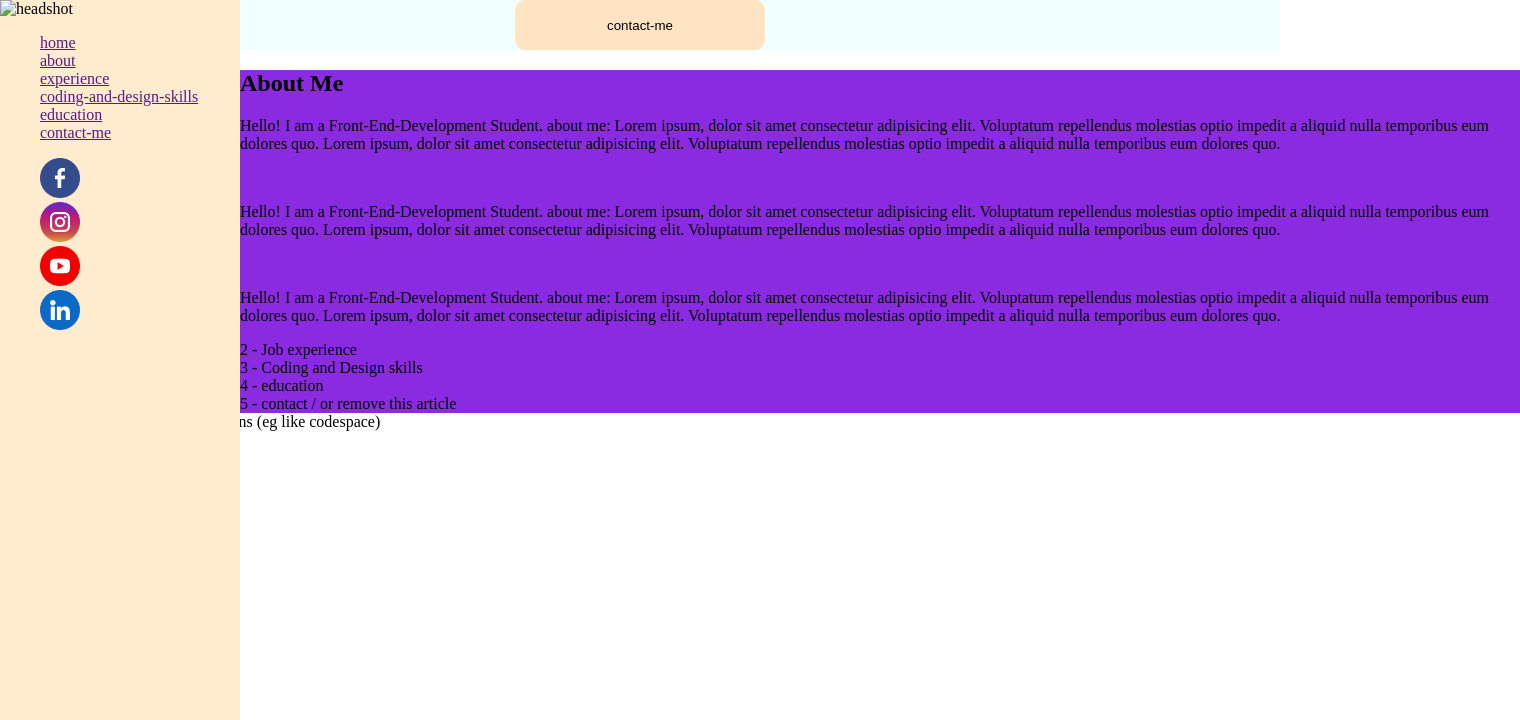
Repository: WesleyErasmus/MyDigitalResume-5
Page: index.html
The author's editor kept a copy of each file at every save. The page is drawn from the files as they stood at one save, then again after the next save.
The browser window is 1280 px wide. The page is 1520 px wide, so the pictures cover 1520 px, including what lies to the right of the window. The pictures show the whole page.

Above is the page before, as saved 2022-02-24 16:11:49.

### index.html
<!DOCTYPE html>
<html lang="en">

<head>
    <meta charset="UTF-8">
    <meta http-equiv="X-UA-Compatible" content="IE=edge">
    <meta name="viewport" content="width=device-width, initial-scale=1.0">
    <title>Wesley Erasmus Digital Resume 5</title>
    <link rel="stylesheet" href="stylesheet.css">
</head>

<body>
    <!-- look into using use hr tag -->
    <header>
        <span>
            <button id="contact-me-btn">contact-me</button>
        </span>
    </header>
    <nav>
        <img src="" alt="headshot">
        <ul class="nav-btns">
            <li><a href="">home</a></li>
            <li><a href="">about</a></li>
            <li><a href="">experience</a></li>
            <li><a href="">coding-and-design-skills</a></li>
            <li><a href="">education</a></li>
            <li><a href="">contact-me</a></li>
        </ul>
        <ul class="social-media-links">
            <li><a href="https://www.facebook.com/codespaceza" target="_blank"><img src="/icons/facebook.png"
                        alt="Facebook" width="40px" height="40px"></a></li>
            <li><a href="https://www.instagram.com/codespaceza/" target="_blank"><img src="icons/instagram.png"
                        alt="Instagram" width="40px" height="40px"></a></li>
            <li><a href="https://www.youtube.com/channel/UCfmXJliguiwBv2QlRzWdrxA" target="_blank"><img
                        src="icons/youtube.png" alt="YouTube" width="40px" height="40px"></a></li>
            <li><a href="https://www.linkedin.com/school/codespaceza/" target="_blank"><img src="icons/linkedin.png"
                        alt="LinkedIn" width="40px" height="40px"></a></li>
        </ul>
    </nav>
    <main>
        <article class="about-me">
            <h1>About Me</h1>
                <p>Hello! I am a Front-End-Development Student. about me: Lorem ipsum, dolor sit amet consectetur
                    adipisicing elit. Voluptatum repellendus molestias optio impedit a aliquid nulla temporibus eum
                    dolores quo. Lorem ipsum, dolor sit amet consectetur adipisicing elit. Voluptatum repellendus
                    molestias optio impedit a aliquid nulla temporibus eum dolores quo.</p>
                <br>
                <p>Hello! I am a Front-End-Development Student. about me: Lorem ipsum, dolor sit amet consectetur
                    adipisicing elit. Voluptatum repellendus molestias optio impedit a aliquid nulla temporibus eum
                    dolores quo. Lorem ipsum, dolor sit amet consectetur adipisicing elit. Voluptatum repellendus
                    molestias optio impedit a aliquid nulla temporibus eum dolores quo.</p>
                <br>
                <p>Hello! I am a Front-End-Development Student. about me: Lorem ipsum, dolor sit amet consectetur
                    adipisicing elit. Voluptatum repellendus molestias optio impedit a aliquid nulla temporibus eum
                    dolores quo. Lorem ipsum, dolor sit amet consectetur adipisicing elit. Voluptatum repellendus
                    molestias optio impedit a aliquid nulla temporibus eum dolores quo.</p>
        </article>
        <article class="job-experience">
            2 - Job experience
        </article>
        <article class="coding-and-design-skills">
            3 - Coding and Design skills
        </article>
        <article class="education">
            4 - education
        </article>
        <article>
            5 - contact / or remove this article
        </article>
    </main>
    <footer>
        contact details
        small social media icons (eg like codespace)
    </footer>

</body>

</html>

### stylesheet.css
* {
    box-sizing: border-box;
    list-style-type: none;
}
body {
    margin: 0;
    padding: 0;
}
header {
    background-color: azure;
    text-align: center;
}
button#contact-me-btn {
    background-color: bisque;
    width: 250px;
    height: 50px;
    border-radius: 10px;
    border: none;
}
nav {
    background-color: blanchedalmond;
    float: left;
    position: fixed;
    left: 0;
    overflow-y: auto;
    overflow-x: hidden;
    height: 100vh;
    min-height: 100vh;
    top: 0;
    width: 240px;
    z-index: 1;
}
main {
    background-color: blueviolet;
    position: relative;
    display: block;
    margin-left: 240px;
    width: 100%;
}
/* article.about-me {
    background-color: aquamarine;
} */

After the next save:
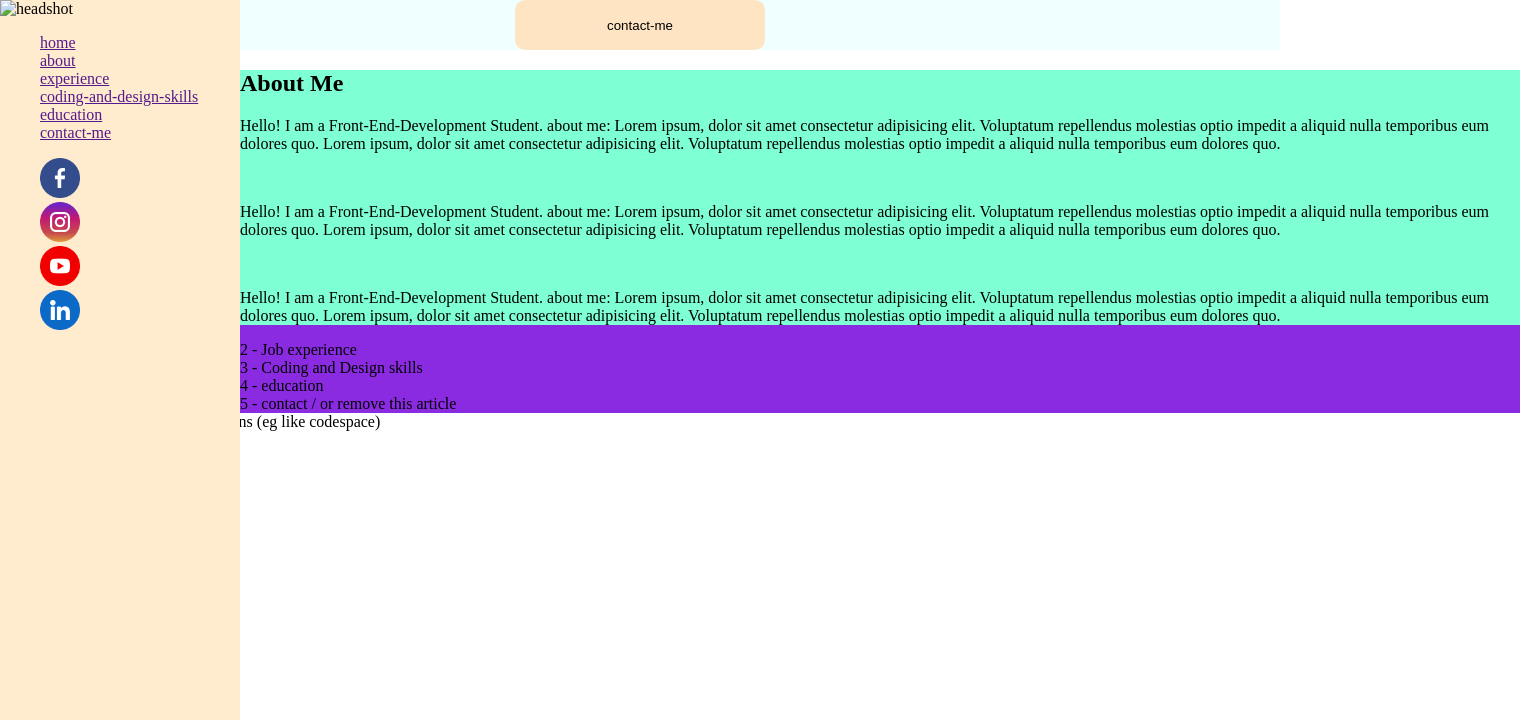
Saved 4 s later.
--- a/stylesheet.css
+++ b/stylesheet.css
@@ -37,6 +37,6 @@ main {
     margin-left: 240px;
     width: 100%;
 }
-/* article.about-me {
+article.about-me {
     background-color: aquamarine;
-} */
+}
